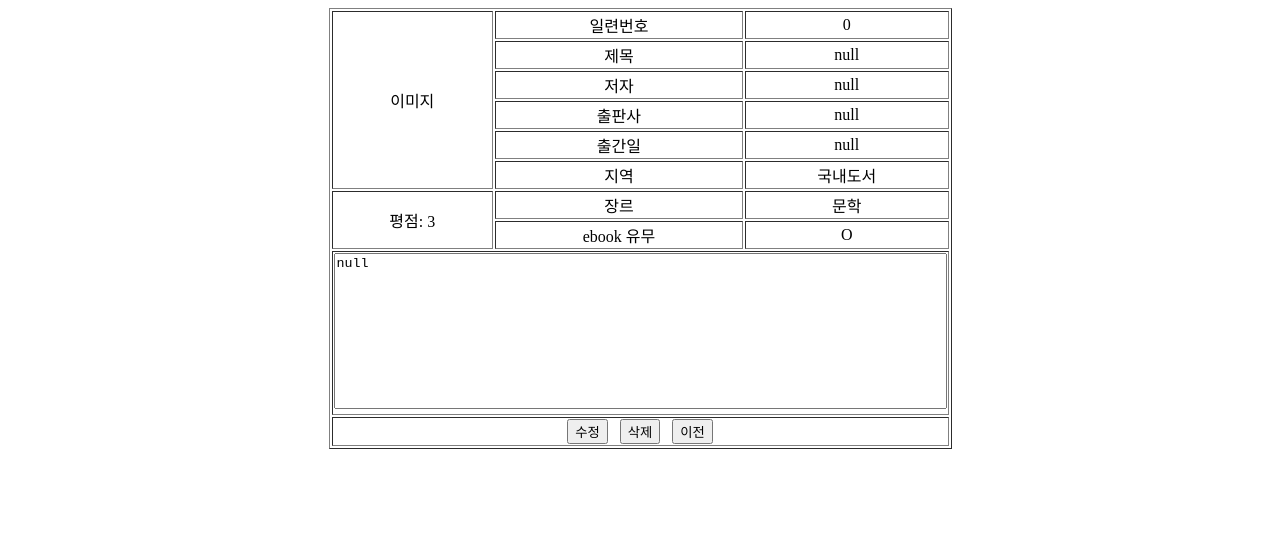
Repository: Served01/Project2_2209
Page: http://localhost/bookReviewProgram/bkListPro.jsp
These files come from the project's save history. The page is drawn as it stood at one moment and after the next save; the edit follows.
The browser window is 1280 px wide. The pictures show the whole page.
The page is served by Tomcat 9. Queries for data that is not in the repository find no rows.

Above is the page before, as saved 2022-09-26 02:28:42.

After the next save:
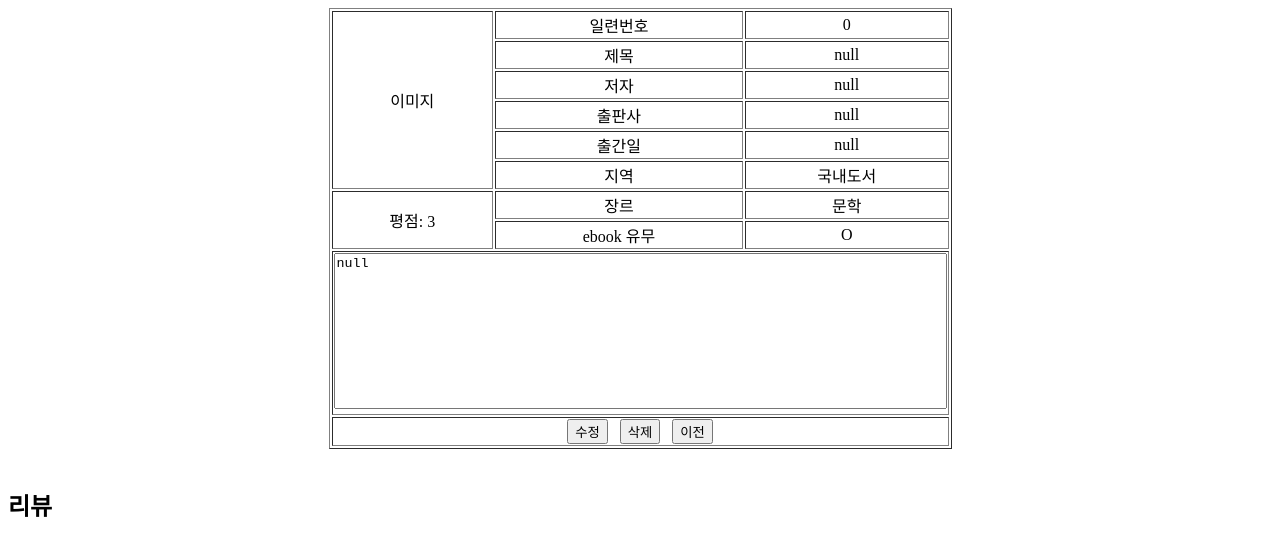
Saved 2 min 49 s later.
--- a/bookReviewProgram/src/main/webapp/bkListPro.jsp
+++ b/bookReviewProgram/src/main/webapp/bkListPro.jsp
@@ -113,7 +113,8 @@ margin: auto;
 	<!-- 작성일 sysdate 처리 -->
 	<tr align="center">
 		<td colspan="3">
-			<textarea rows="10" cols="74" name="bk_detail" style ="resize:none"><%=bBean.getBk_detail()%></textarea></td>
+			<textarea rows="10" cols="74" name="bk_detail" style ="resize:none"><%=bBean.getBk_detail()%></textarea>
+		</td>
 	</tr>
 	<tr align="center">
 		<td colspan="3">
@@ -122,7 +123,34 @@ margin: auto;
 			<button type="button">이전</button>
 	</tr>
 </table>
+<br>
+<h2>리뷰</h2>
+<br>
+<%
+	int rv_bknumber = bk_number;
 
+	rvDAO rdao = new rvDAO();
+	Vector<rvBean> rvVec = rdao.allbookselectReview(rv_bknumber);
+
+	for(int i=0; i < rvVec.size(); i++){
+
+		rvBean rbean = rvVec.get(i);
+%>
+<table border="1">
+	<tr>
+		<td>닉네임:&nbsp;<%=rbean.getRv_id() %></td>
+		<td>평점:&nbsp;<%=rbean.getRv_score() %></td>
+		<td>
+		<button type="button">수정</button>
+		<button type="button">삭제</button>
+		</td>
+	</tr>
+	<tr>
+		<td colspan="3">
+			<textarea rows="10" cols="74" name="rv_content" style ="resize:none"><%=rbean.getRv_content()%></textarea>
+		</td>
+</table>
+<%} %>
 
 <!-- 책 리뷰 목록 표시 -->
 
